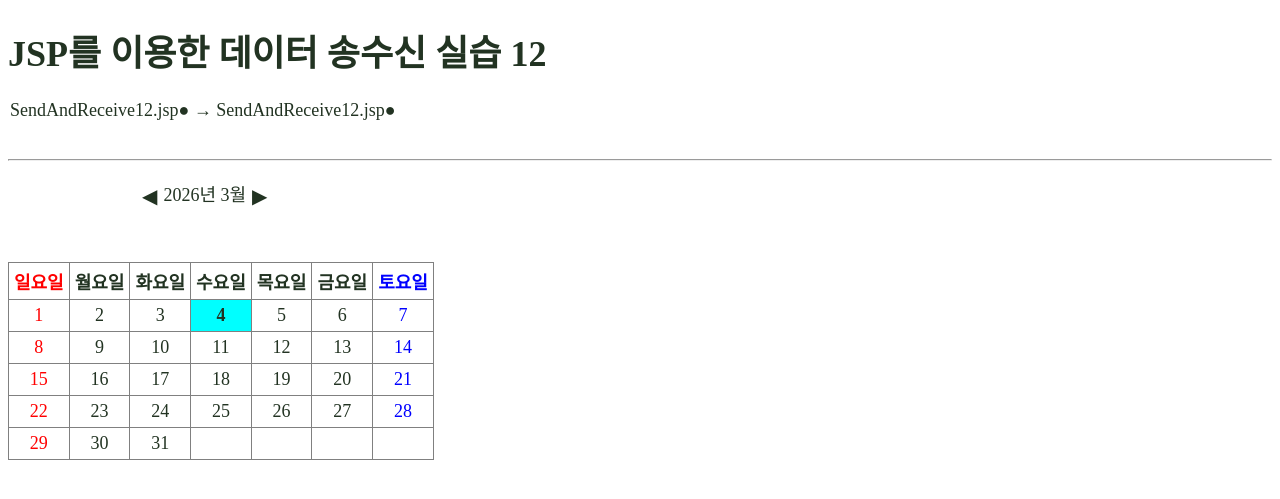
Repository: god5228god/Jsp
Page: http://localhost/WebApp06/SendAndReceive12.jsp
An editor plug-in stored every save of this project. The page is shown before and after the next save, followed by the edit.
The browser window is 1280 px wide. The pictures show the whole page.
The page is served by Tomcat 9.

Above is the page before, as saved 2026-03-04 07:35:19.

### WebApp06/WebContent/SendAndReceive12.jsp
<%@page import="java.util.Calendar"%>
<%@ page contentType="text/html; charset=UTF-8"%>
<%
	String sYear = request.getParameter("year");
	String sMonth = request.getParameter("month");

	Calendar cal = Calendar.getInstance();

	int nowYear = cal.get(Calendar.YEAR);
	int nowMonth = cal.get(Calendar.MONTH)+1;
	int nowDay = cal.get(Calendar.DAY_OF_WEEK);
	int nowDate = cal.get(Calendar.DATE);
	int selectYear, selectMonth;

	if (sYear == null || sYear.equals("") || sMonth == null || sMonth.equals("")) {
        selectYear = nowYear;
        selectMonth = nowMonth;
    } else {
        selectYear = Integer.parseInt(sYear);
        selectMonth = Integer.parseInt(sMonth);
    }
    cal.set(selectYear, selectMonth - 1, 1);

	String[] weekNames = {"일요일", "월요일", "화요일", "수요일", "목요일", "금요일", "토요일"};
	int startDay = cal.get(Calendar.DAY_OF_WEEK);     // 1일의 요일
    int lastDay = cal.getActualMaximum(Calendar.DATE); // 해당 월의 마지막 날짜

	// 달력 그리기
	String calStr ="";

	calStr += "<table border='1'>";
	calStr += "<tr>";
	for(int i = 0; i<weekNames.length; i++){
		//calStr += "<th>" + weekNames[i] +"</th>";
		if(i==0)
			calStr += "<th class='sun'>" + weekNames[i] + "</th>";
		else if(i==6)
			calStr += "<th class='sat'>" + weekNames[i] + "</th>";
		else
			calStr += "<th>" + weekNames[i] + "</th>";
	}
	calStr += "</tr><tr>";
	for(int i = 1 ; i<startDay;i++)
		calStr +="<td></td>";

	int week = startDay;
	for(int i = 1; i<=lastDay; i++, week++)
	{

		if(selectYear==nowYear&& selectMonth==nowMonth&& i==nowDay){
			if(week%7==1){
				calStr +="<td class='nowSun'>"+i+"</td>";
			}else if(week%7==0){
				calStr +="<td class='nowSat'>"+i+"</td>";
			}else{
				calStr +="<td class='now'>"+i+"</td>";
			}
		}else{
			if(week%7==1){
				calStr +="<td class='sun'>"+i+"</td>";
			}else if(week%7==0){
				calStr +="<td class='sat'>"+i+"</td>";
			}else{
				calStr +="<td>"+i+"</td>";
			}
		}
		//calStr += "<td>"+ i + "</td>";
		if(week%7==0){
			calStr += "</tr><tr>";
		}
	}

	for(int i=1; i<=week; i++, week++)
	{
		if((week-1)%7==0)
			break;
		calStr += "<td></td>";
	}
	calStr += "</tr>";
	calStr += "</table>";


%>
<!DOCTYPE html>
<html>
<head>
<meta charset="UTF-8">
<title>SendAndReceive12.jsp</title>
<link rel="stylesheet" type="text/css" href="css/main.css" />
<style type="text/css">
.wrap{width: 456px; }
form{height: 50px;  width: 200px; margin: 0 auto; }
form>*{float: left; line-height: 50px;}
p{background-color: #fff; display:inline-block; height: 50px; margin: 0 2px;}
button{background-color: #fff; border:none; font-size: 20px; cursor: pointer;}
table{border-collapse: collapse;}
tr>*{text-align: center; padding: 5px;}
td.now{background-color: aqua; font-weight: bold;}
.sat{color: blue;}
.sun{color: red;}
td.nowSat{background-color: aqua; font-weight: bold; color: blue;}
td.nowSun{background-color: aqua; font-weight: bold; color: red;}

</style>
<script type="text/javascript">
	function changeDate(num){
		let yearStr = document.getElementById("year");
		let monthStr = document.getElementById("month");
		let year = parseInt(yearStr.value);
		let month = parseInt(monthStr.value)+num;

		if(month < 1){
			year--;
			month = 12;
		}else if(month > 12){
			year++;
			month = 1;
		}
		yearStr.value = year;
		monthStr.value = month;

		document.getElementById("calForm").submit();
	}

</script>
</head>
<body>
<div>
	<h1>JSP를 이용한 데이터 송수신 실습 12</h1>
	<p>SendAndReceive12.jsp● → SendAndReceive12.jsp●</p>
	<hr />
</div>
<!--
	○ 데이터 송수신 실습

		- 사용자가 선택한 연도와 월에 대해 달력을 구성하는 JSP 페이지를 구성한다.
		- 단, submit 버튼 없이 이벤트 처리를 할 수 있도록 하낟.
		- 전송한 내용을 자신 페이지로 수신하여 출력해주는 형태의 단독 페이지로 구성한다.

		페이지 레이아웃
		-------------------------------------------------------

		       ◀ 2026년 3월 ▶
		  ----------------------------
		  ---- 해당 년 월의 달력 -----
		  ----------------------------
		  ----------------------------
		-------------------------------------------------------

		- ◀▶ 클릭 시 해당 년 월의 달력을 출력해주는 형태의 페이지로 구성한다.
		- 사용자 최초 요청 주소
	      http://localhost:3306/WebApp06/SendAndReceive12.jsp

	   - 물리적 파일 구성
	     ·SendAndReceive12.jsp

 -->
<div class="wrap">
	<form method="post" id="calForm">
		<button class="prev" onclick="changeDate(-1)">◀</button>
		<div class="dateWrap">
			<input type="hidden" id="year" name="year" value="<%= selectYear %>"><%= selectYear %>년
			<input type="hidden" id="month" name="month" value="<%= selectMonth %>"><%= selectMonth %>월
		</div>
		<button class="next" onclick="changeDate(1)">▶</button>
	</form>
</div>
<br><br>
<div>
<%= calStr %>
</div>
</body>
</html>

### WebApp06/WebContent/css/main.css
@charset "UTF-8";

*
{
	color: #223322;
	font-family: 나눔고딕코딩;
}

body, p, div, span, input, table, th, td, select
{
	font-size: 18px;
}

.control
{
	border: 1px solid gray;
	border-radius: 3px ;
}

.table
{
	border-collapse: collapse;
	width: 100%;
}

.table th, .table td
{
	border: 1px solid gray;
	border-left: 0;
	border-right: 0;
	padding: 3px;
	line-height: 150%;
}

.table th
{
	font-weight: bold;
	background-color: #eee;
}

.btn
{
	font-weight: bold;
	font-family: 맑은 고딕;

}

.btn:hover
{
	color: #fff;
	background-color: #778877;
}
input[type="text"]:focus
{
	background-color: #dcfccf;
}

After the next save:
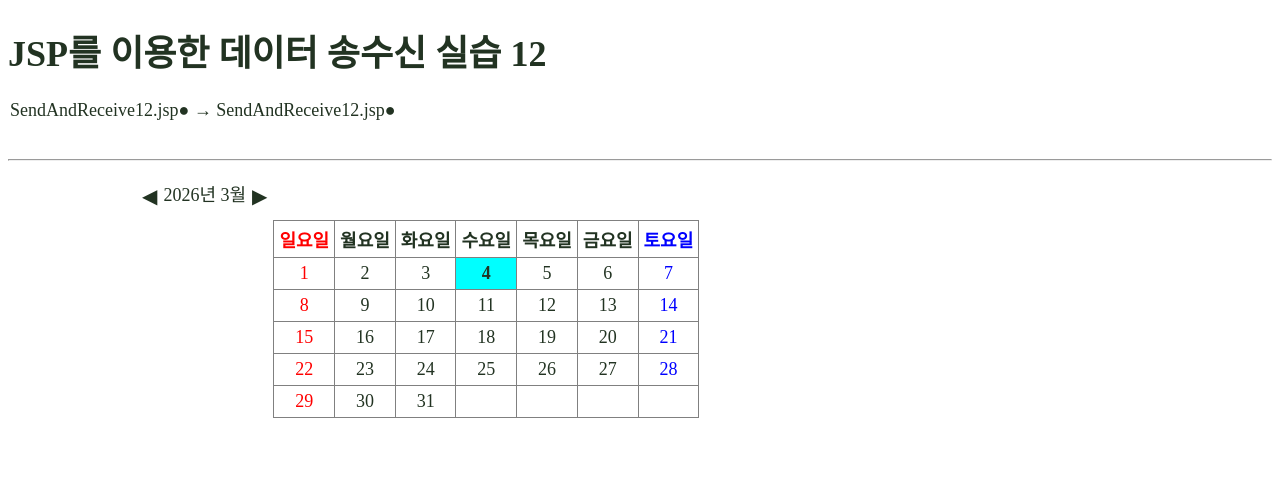
Saved 20 s later.
--- a/WebApp06/WebContent/SendAndReceive12.jsp
+++ b/WebApp06/WebContent/SendAndReceive12.jsp
@@ -165,7 +165,6 @@ td.nowSun{background-color: aqua; font-weight: bold; color: red;}
 		<button class="next" onclick="changeDate(1)">▶</button>
 	</form>
 </div>
-<br><br>
 <div>
 <%= calStr %>
 </div>
